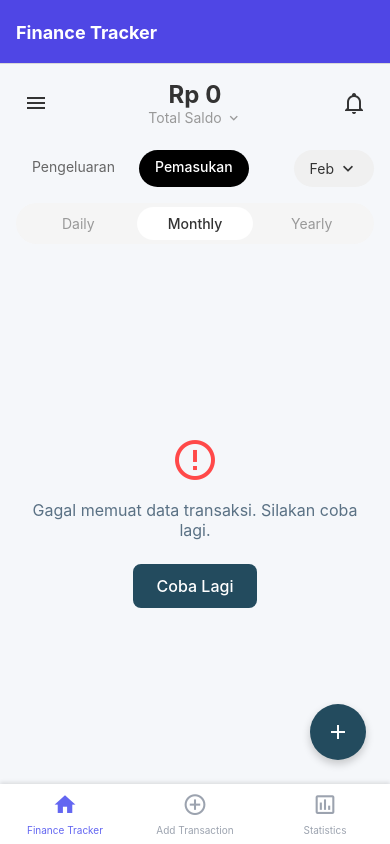
Repository: FarhanAryadi/FinTrack
Screen: /Home
The author's editor kept a copy of each file at every save. The screen is drawn from the files as they stood at one save, then again after the next save.
The page's requests for data from a server got no answer. The app was drawn by React Native's web renderer in a window 390 px wide. The project was rebuilt for these pictures with package versions that can differ from the ones it lists, and the page was loaded fresh each time. No one was signed in, and anything a server would have sent is missing. Also part of the build but not shown: src/services/categoryService.ts, src/components/common/CategoryDropdown.tsx, src/screens/AddTransactionScreen.tsx, src/components/transactions/TransactionCard.tsx, src/components/common/Header.tsx, src/config/api.ts, src/api/transactionService.ts, src/hooks/useTransactions.ts and 1 more.

Above is the screen before, as saved 2025-03-06 19:21:49.

After the next save:
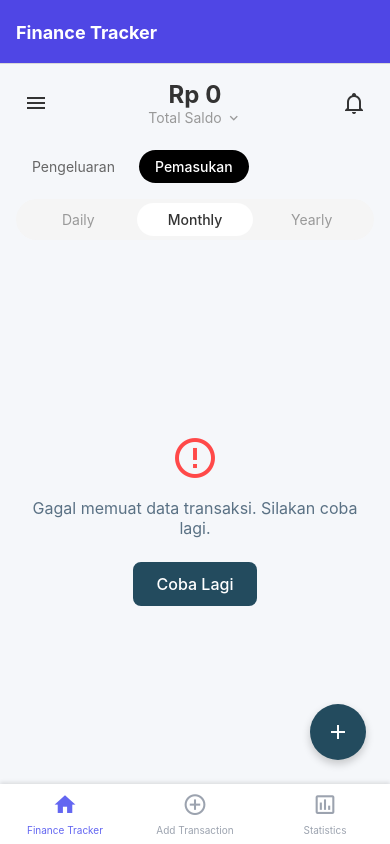
Saved 61 s later.
--- a/src/screens/HomeScreen.tsx
+++ b/src/screens/HomeScreen.tsx
@@ -13,7 +13,6 @@ import {
 	TouchableOpacity,
 	View,
 } from 'react-native';
-import { BarChart } from 'react-native-chart-kit';
 import { TouchableWithoutFeedback } from 'react-native-gesture-handler';
 import { TransactionCard } from '../components/transactions/TransactionCard';
 import { colors } from '../constants/colors';
@@ -26,7 +25,6 @@ const { width } = Dimensions.get('window');
 const HomeScreen = () => {
 	const navigation = useNavigation();
 	const [activeTab, setActiveTab] = useState<'EXPENSE' | 'INCOME'>('INCOME');
-	const [selectedMonth, setSelectedMonth] = useState('Feb');
 	const [transactions, setTransactions] = useState<Transaction[]>([]);
 	const [loading, setLoading] = useState(true);
 	const [refreshing, setRefreshing] = useState(false);
@@ -34,7 +32,6 @@ const HomeScreen = () => {
 	const [income, setIncome] = useState(0);
 	const [expense, setExpense] = useState(0);
 	const [error, setError] = useState<string | null>(null);
-	const [selectedBarIndex, setSelectedBarIndex] = useState<number | null>(1);
 	const [activePeriod, setActivePeriod] = useState<
 		'daily' | 'monthly' | 'yearly'
 	>('monthly');
@@ -65,7 +62,6 @@ const HomeScreen = () => {
 			console.error('Error fetching transactions:', error);
 			setError('Gagal memuat data transaksi. Silakan coba lagi.');
 
-			// Show error alert
 			Alert.alert(
 				'Error',
 				'Gagal memuat data transaksi. Pastikan server backend berjalan dan dapat diakses.',
@@ -91,54 +87,6 @@ const HomeScreen = () => {
 		fetchTransactions();
 	}, [fetchTransactions]);
 
-	// Prepare data for chart
-	const prepareChartData = () => {
-		const months = [
-			'Jan',
-			'Feb',
-			'Mar',
-			'Apr',
-			'May',
-			'Jun',
-			'Jul',
-			'Aug',
-			'Sep',
-			'Oct',
-			'Nov',
-			'Dec',
-		];
-
-		// Initialize data arrays for income and expense
-		const incomeData = Array(12).fill(0);
-		const expenseData = Array(12).fill(0);
-
-		// Group transactions by month
-		transactions.forEach((transaction) => {
-			const transactionDate = new Date(transaction.date);
-			const month = transactionDate.getMonth();
-
-			if (transaction.type === 'INCOME') {
-				incomeData[month] += transaction.amount;
-			} else {
-				expenseData[month] += transaction.amount;
-			}
-		});
-
-		// Get the data array based on active tab
-		const data = activeTab === 'INCOME' ? incomeData : expenseData;
-
-		return {
-			labels: months,
-			datasets: [
-				{
-					data: data,
-				},
-			],
-		};
-	};
-
-	const chartData = prepareChartData();
-
 	// Calculate summary data
 	const calculateSummary = () => {
 		const today = new Date();
@@ -186,18 +134,7 @@ const HomeScreen = () => {
 		return transactions
 			.filter((t) => t.type === activeTab)
 			.sort((a, b) => new Date(b.date).getTime() - new Date(a.date).getTime())
-			.slice(0, 5); // Show only the 5 most recent transactions
-	};
-
-	// Get the value for the tooltip
-	const getTooltipValue = () => {
-		if (
-			selectedBarIndex !== null &&
-			chartData.datasets[0].data[selectedBarIndex]
-		) {
-			return formatCurrency(chartData.datasets[0].data[selectedBarIndex]);
-		}
-		return '';
+			.slice(0, 5);
 	};
 
 	return (
@@ -255,11 +192,6 @@ const HomeScreen = () => {
 					>
 						Pemasukan
 					</Text>
-				</TouchableOpacity>
-
-				<TouchableOpacity style={styles.monthSelector}>
-					<Text style={styles.monthText}>{selectedMonth}</Text>
-					<MaterialCommunityIcons name="chevron-down" size={20} color="#333" />
 				</TouchableOpacity>
 			</View>
 
@@ -471,20 +403,6 @@ const styles = StyleSheet.create({
 		color: '#fff',
 		fontWeight: '500',
 	},
-	monthSelector: {
-		flexDirection: 'row',
-		alignItems: 'center',
-		marginLeft: 'auto',
-		backgroundColor: '#f0f0f0',
-		paddingVertical: 8,
-		paddingHorizontal: 16,
-		borderRadius: 20,
-	},
-	monthText: {
-		fontSize: 14,
-		color: '#333',
-		marginRight: 4,
-	},
 	periodContainer: {
 		flexDirection: 'row',
 		backgroundColor: '#f5f5f5',
@@ -523,57 +441,6 @@ const styles = StyleSheet.create({
 		flex: 1,
 		justifyContent: 'center',
 		alignItems: 'center',
-	},
-	chartContainer: {
-		marginTop: 8,
-		backgroundColor: '#fff',
-		borderRadius: 16,
-		padding: 16,
-		shadowColor: '#000',
-		shadowOffset: { width: 0, height: 2 },
-		shadowOpacity: 0.05,
-		shadowRadius: 4,
-		elevation: 2,
-	},
-	chartContent: {
-		position: 'relative',
-	},
-	chart: {
-		marginVertical: 8,
-		borderRadius: 16,
-	},
-	tooltip: {
-		position: 'absolute',
-		backgroundColor: '#333',
-		borderRadius: 16,
-		paddingHorizontal: 12,
-		paddingVertical: 6,
-		zIndex: 1000,
-	},
-	tooltipText: {
-		color: '#fff',
-		fontSize: 14,
-		fontWeight: 'bold',
-	},
-	legendContainer: {
-		flexDirection: 'row',
-		justifyContent: 'center',
-		marginTop: 8,
-	},
-	legendItem: {
-		flexDirection: 'row',
-		alignItems: 'center',
-		marginHorizontal: 12,
-	},
-	legendDot: {
-		width: 8,
-		height: 8,
-		borderRadius: 4,
-		marginRight: 6,
-	},
-	legendText: {
-		fontSize: 12,
-		color: '#666',
 	},
 	summaryContainer: {
 		marginTop: 16,
